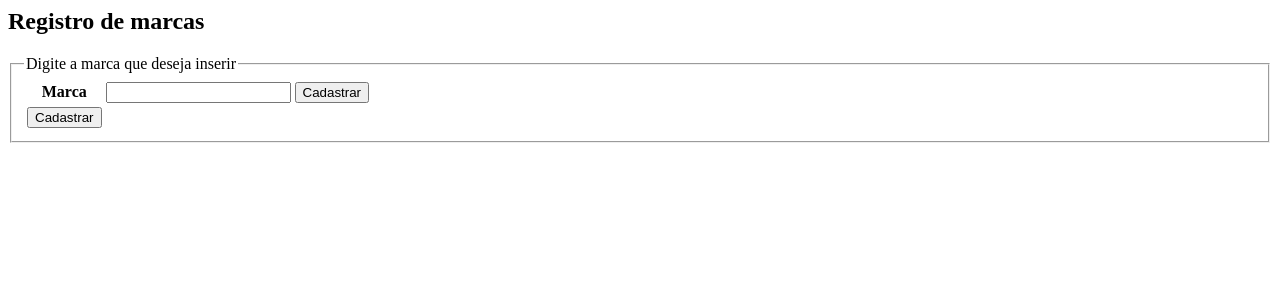
Repository: alysonrode/ProjetoTrilhaWeb
Page: ProjetoTrilhaWeb/WebContent/pages/admin/brands/index.html
These files come from the project's save history. The page is drawn as it stood at one moment and after the next save; the edit follows.
The browser window is 1280 px wide. The pictures show the whole page.

Above is the page before, as saved 2019-10-30 00:55:41.

### ProjetoTrilhaWeb/WebContent/pages/admin/brands/index.html
<h2>Registro de marcas</h2>
<form name="frmInserirMarcas" id="inserirMarcas" class="frmInserir">
  <fieldset>
  	<table>

        <legend>Digite a marca que deseja inserir</legend>
			<tr>
            <th> Marca </th>
            <td>
                <input type="text" name="marca">
            </td>
            <td>
            	<button type="button"> Cadastrar </button>
            </td>
            </tr>
            <tr>
            <td>
            	<button type="button"> Cadastrar </button>
            </td>
            </tr>
  	</table>
 </fieldset>

</form>

After the next save:
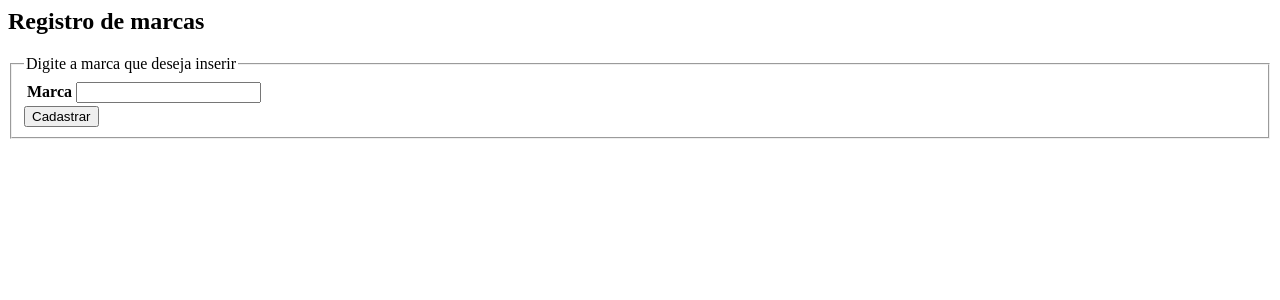
Saved 42 s later.
--- a/ProjetoTrilhaWeb/WebContent/pages/admin/brands/index.html
+++ b/ProjetoTrilhaWeb/WebContent/pages/admin/brands/index.html
@@ -9,16 +9,9 @@
             <td>
                 <input type="text" name="marca">
             </td>
-            <td>
-            	<button type="button"> Cadastrar </button>
-            </td>
-            </tr>
-            <tr>
-            <td>
-            	<button type="button"> Cadastrar </button>
-            </td>
             </tr>
   	</table>
+  		<button type="button"> Cadastrar </button>
  </fieldset>
 
 </form>
